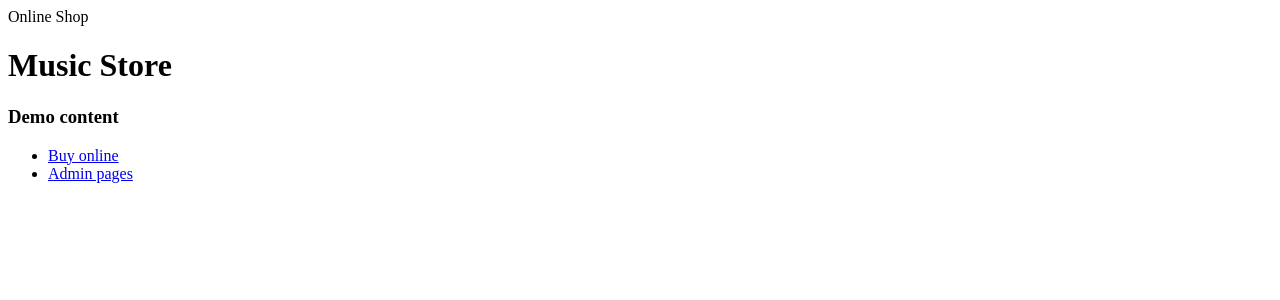
Repository: OnlyLight/Dua_Thu
Page: http://localhost/MusicStore/
An editor plug-in stored every save of this project. The page is shown before and after the next save, followed by the edit.
The browser window is 1280 px wide. The pictures show the whole page.
The page is served by Tomcat 9.

Above is the page before, as saved 2018-05-13 03:12:01.

After the next save:
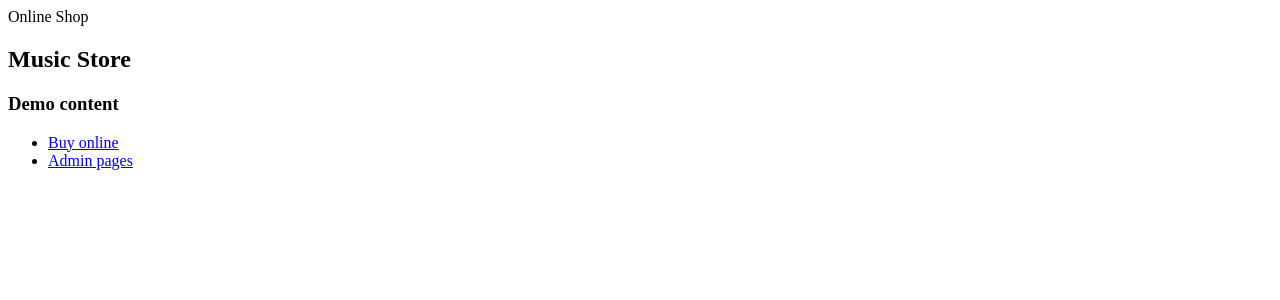
Saved 21 s later.
--- a/JavaWeb/MusicStore/src/main/webapp/WEB-INF/views/index.jsp
+++ b/JavaWeb/MusicStore/src/main/webapp/WEB-INF/views/index.jsp
@@ -9,7 +9,7 @@
 <body>
 
 	<jsp:include page="_header.jsp"></jsp:include>
-	<h1>Music Store</h1>
+	<h2>Music Store</h2>
 
 	<div>
 		<h3>Demo content</h3>
